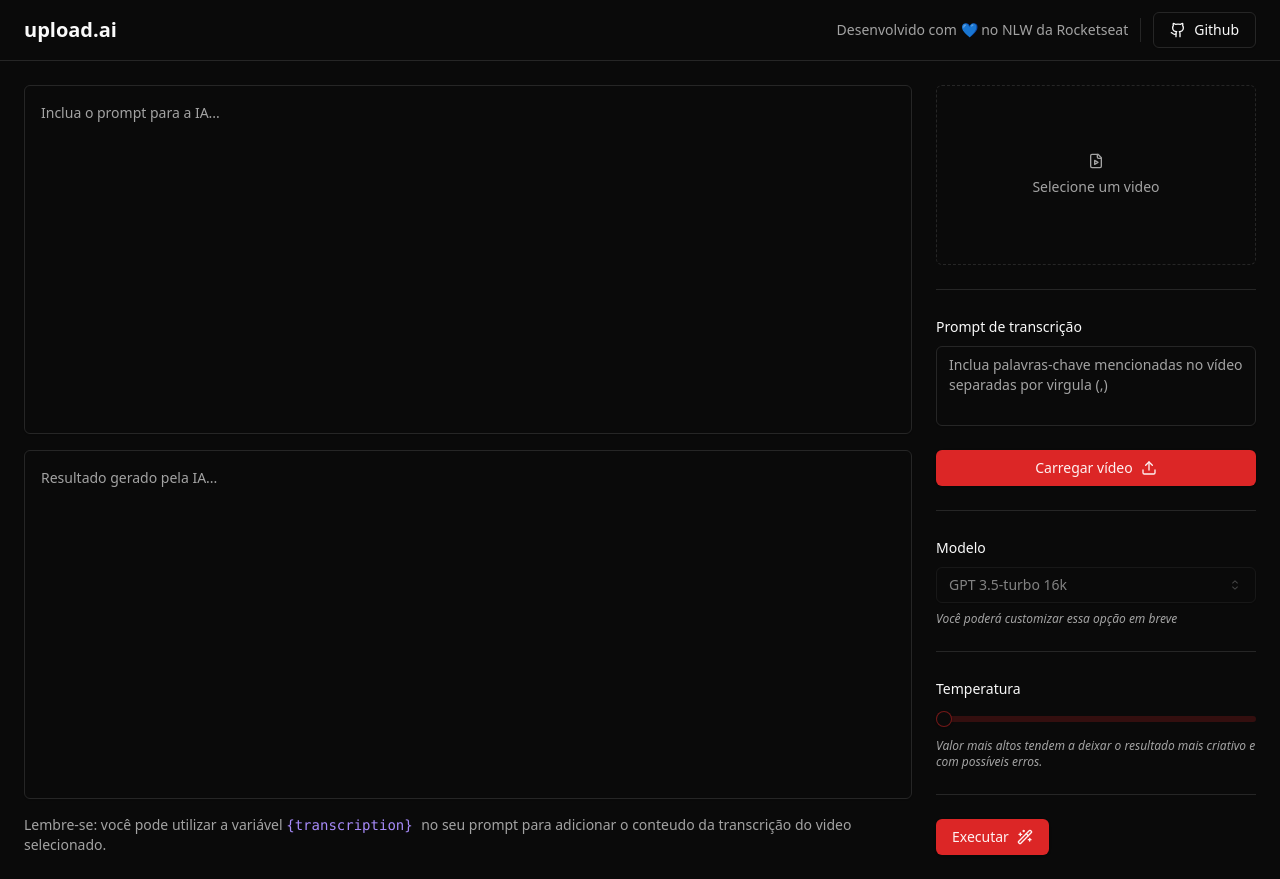
Repository: ricardolimati/upload-ai-web
Page: /
The author's editor kept a copy of each file at every save. The page is drawn from the files as they stood at one save, then again after the next save.
The browser window is 1280 px wide. The pictures show the whole page.
The project was rebuilt for these pictures with package versions that can differ from the ones it lists, and the page was loaded fresh each time. Also part of the build but not shown: vite.config.ts.

Above is the page before, as saved 2023-09-12 00:33:19.

### src/App.tsx
import {Github, FileVideo, Upload, Wand2} from 'lucide-react'
import { Button } from "./components/ui/button";
import { Separator } from './components/ui/separator';
import { Textarea } from './components/ui/textarea';
import { Label } from './components/ui/label';
import { Select, SelectContent, SelectItem, SelectTrigger, SelectValue } from './components/ui/select';
import { Slider } from './components/ui/slider';

export function App() {
  return(
   <div className="min-h-screen flex flex-col">
    <div className="px-6 py-3 flex items-center justify-between border-b">
      <h1 className="text-xl font-bold">upload.ai</h1>
      <div className="flex items-center gap-3">
        <span className="text-sm text-muted-foreground">
          Desenvolvido com 💙 no NLW da Rocketseat</span>
          <Separator orientation='vertical' className='h-6' />
        <Button variant="outline">
          <Github className="w-4 h-4 mr-2" />Github
        </Button>
      </div>
    </div>

    <main className="flex-1 p-6 flex gap-6">
      <div className="flex flex-col flex-1 gap-4">
        <div className="grid grid-rows-2 gap-4 flex-1">
          <Textarea
          className="resize-none p-4 leading-relaxed"
          placeholder="Inclua o prompt para a IA..."
          />
          <Textarea
          className="resize-none p-4 leading-relaxed"
          placeholder="Resultado gerado pela IA..."
          readOnly/>
        </div>

        <p className="text-sm text-muted-foreground">
          Lembre-se: você pode utilizar a variável <code className="text-violet-400">{'{transcription}'} </code>
           no seu prompt para adicionar o conteudo da transcrição
          do video selecionado.</p>
      </div>
      <aside className="w-80 space-y-6">
        <form className="space-y-6" >
          <label
          htmlFor="video"
          className="border flex rounded-md aspect-video cursor-pointer border-dashed text-sm flex-col gap-2 items-center justify-center text-muted-foreground hover:bg-primary/5"
          >
            <FileVideo className="w-4 h-4" />
            Selecione um video
          </label>
          <input type="file" id="video" accept="video/mp4" className="sr-only"/>
          <Separator />
          <div className="space-y-2">
            <Label htmlFor="transcription_prompt">Prompt de transcrição</Label>
            <Textarea
            id="transcription_prompt"
            className="h-20 leading-relaxe resize-none"
            placeholder="Inclua palavras-chave mencionadas no vídeo separadas por virgula (,)"
            />
          </div>
          <Button type="submit" className="w-full">
            Carregar vídeo
            <Upload
              className="w-4 h-4 ml-2"
            />
          </Button>
        </form>

        <Separator />

        <form className="space-y-6">
          <div className="space-y-2">
            <Label >Modelo</Label>
           <Select disabled defaultValue='gpt-3.5'>
              <SelectTrigger>
                <SelectValue />
              </SelectTrigger>
              <SelectContent>
              <SelectItem value="gpt-3.5">GPT 3.5-turbo 16k</SelectItem>
              </SelectContent>
            </Select>
            <span className="block text-xs text-muted-foreground italic">
              Você poderá customizar essa opção em breve
            </span>
          </div>

          <Separator/>
          <div className="space-y-4">
            <Label >Temperatura</Label>
            <Slider
             min={0}
             max={1}
             step={0.1}
            />
            <span className="block text-xs text-muted-foreground italic">
              Valor mais altos tendem a deixar o resultado mais criativo e com possíveis erros.
            </span>
          </div>

          <Separator />

          <Button type="submit">
            Executar
            <Wand2  className="w-4 h-4 ml-2"/>
          </Button>

        </form>
      </aside>
    </main>
   </div>
  )
}

### src/index.css
@tailwind base;
@tailwind components;
@tailwind utilities;

@layer base {
  :root {
    --background: 0 0% 3.9%;
    --foreground: 0 0% 98%;
    --card: 0 0% 3.9%;
    --card-foreground: 0 0% 98%;
    --popover: 0 0% 3.9%;
    --popover-foreground: 0 0% 98%;
    --primary: 0 72.2% 50.6%;
    --primary-foreground: 0 85.7% 97.3%;
    --secondary: 0 0% 14.9%;
    --secondary-foreground: 0 0% 98%;
    --muted: 0 0% 14.9%;
    --muted-foreground: 0 0% 63.9%;
    --accent: 0 0% 14.9%;
    --accent-foreground: 0 0% 98%;
    --destructive: 0 62.8% 30.6%;
    --destructive-foreground: 0 0% 98%;
    --border: 0 0% 14.9%;
    --input: 0 0% 14.9%;
    --ring: 0 72.2% 50.6%;

    --radius: 0.5rem;
  }
}

@layer base {
  * {
    @apply border-border;
  }
  body {
    @apply bg-background text-foreground;
  }
}

### src/components/ui/button.tsx
import * as React from "react"
import { Slot } from "@radix-ui/react-slot"
import { cva, type VariantProps } from "class-variance-authority"

import { cn } from "@/lib/utils"

const buttonVariants = cva(
  "inline-flex items-center justify-center rounded-md text-sm font-medium transition-colors focus-visible:outline-none focus-visible:ring-1 focus-visible:ring-ring disabled:pointer-events-none disabled:opacity-50",
  {
    variants: {
      variant: {
        default:
          "bg-primary text-primary-foreground shadow hover:bg-primary/90",
        destructive:
          "bg-destructive text-destructive-foreground shadow-sm hover:bg-destructive/90",
        outline:
          "border border-input bg-transparent shadow-sm hover:bg-accent hover:text-accent-foreground",
        secondary:
          "bg-secondary text-secondary-foreground shadow-sm hover:bg-secondary/80",
        ghost: "hover:bg-accent hover:text-accent-foreground",
        link: "text-primary underline-offset-4 hover:underline",
      },
      size: {
        default: "h-9 px-4 py-2",
        sm: "h-8 rounded-md px-3 text-xs",
        lg: "h-10 rounded-md px-8",
        icon: "h-9 w-9",
      },
    },
    defaultVariants: {
      variant: "default",
      size: "default",
    },
  }
)

export interface ButtonProps
  extends React.ButtonHTMLAttributes<HTMLButtonElement>,
    VariantProps<typeof buttonVariants> {
  asChild?: boolean
}

const Button = React.forwardRef<HTMLButtonElement, ButtonProps>(
  ({ className, variant, size, asChild = false, ...props }, ref) => {
    const Comp = asChild ? Slot : "button"
    return (
      <Comp
        className={cn(buttonVariants({ variant, size, className }))}
        ref={ref}
        {...props}
      />
    )
  }
)
Button.displayName = "Button"

export { Button, buttonVariants }

### src/components/ui/separator.tsx
import * as React from "react"
import * as SeparatorPrimitive from "@radix-ui/react-separator"

import { cn } from "@/lib/utils"

const Separator = React.forwardRef<
  React.ElementRef<typeof SeparatorPrimitive.Root>,
  React.ComponentPropsWithoutRef<typeof SeparatorPrimitive.Root>
>(
  (
    { className, orientation = "horizontal", decorative = true, ...props },
    ref
  ) => (
    <SeparatorPrimitive.Root
      ref={ref}
      decorative={decorative}
      orientation={orientation}
      className={cn(
        "shrink-0 bg-border",
        orientation === "horizontal" ? "h-[1px] w-full" : "h-full w-[1px]",
        className
      )}
      {...props}
    />
  )
)
Separator.displayName = SeparatorPrimitive.Root.displayName

export { Separator }

### src/components/ui/textarea.tsx
import * as React from "react"

import { cn } from "@/lib/utils"

export interface TextareaProps
  extends React.TextareaHTMLAttributes<HTMLTextAreaElement> {}

const Textarea = React.forwardRef<HTMLTextAreaElement, TextareaProps>(
  ({ className, ...props }, ref) => {
    return (
      <textarea
        className={cn(
          "flex min-h-[60px] w-full rounded-md border border-input bg-transparent px-3 py-2 text-sm shadow-sm placeholder:text-muted-foreground focus-visible:outline-none focus-visible:ring-1 focus-visible:ring-ring disabled:cursor-not-allowed disabled:opacity-50",
          className
        )}
        ref={ref}
        {...props}
      />
    )
  }
)
Textarea.displayName = "Textarea"

export { Textarea }

### src/components/ui/label.tsx
import * as React from "react"
import * as LabelPrimitive from "@radix-ui/react-label"
import { cva, type VariantProps } from "class-variance-authority"

import { cn } from "@/lib/utils"

const labelVariants = cva(
  "text-sm font-medium leading-none peer-disabled:cursor-not-allowed peer-disabled:opacity-70"
)

const Label = React.forwardRef<
  React.ElementRef<typeof LabelPrimitive.Root>,
  React.ComponentPropsWithoutRef<typeof LabelPrimitive.Root> &
    VariantProps<typeof labelVariants>
>(({ className, ...props }, ref) => (
  <LabelPrimitive.Root
    ref={ref}
    className={cn(labelVariants(), className)}
    {...props}
  />
))
Label.displayName = LabelPrimitive.Root.displayName

export { Label }

### src/components/ui/select.tsx
import * as React from "react"
import { CaretSortIcon, CheckIcon } from "@radix-ui/react-icons"
import * as SelectPrimitive from "@radix-ui/react-select"

import { cn } from "@/lib/utils"

const Select = SelectPrimitive.Root

const SelectGroup = SelectPrimitive.Group

const SelectValue = SelectPrimitive.Value

const SelectTrigger = React.forwardRef<
  React.ElementRef<typeof SelectPrimitive.Trigger>,
  React.ComponentPropsWithoutRef<typeof SelectPrimitive.Trigger>
>(({ className, children, ...props }, ref) => (
  <SelectPrimitive.Trigger
    ref={ref}
    className={cn(
      "flex h-9 w-full items-center justify-between rounded-md border border-input bg-transparent px-3 py-2 text-sm shadow-sm ring-offset-background placeholder:text-muted-foreground focus:outline-none focus:ring-1 focus:ring-ring disabled:cursor-not-allowed disabled:opacity-50",
      className
    )}
    {...props}
  >
    {children}
    <SelectPrimitive.Icon asChild>
      <CaretSortIcon className="h-4 w-4 opacity-50" />
    </SelectPrimitive.Icon>
  </SelectPrimitive.Trigger>
))
SelectTrigger.displayName = SelectPrimitive.Trigger.displayName

const SelectContent = React.forwardRef<
  React.ElementRef<typeof SelectPrimitive.Content>,
  React.ComponentPropsWithoutRef<typeof SelectPrimitive.Content>
>(({ className, children, position = "popper", ...props }, ref) => (
  <SelectPrimitive.Portal>
    <SelectPrimitive.Content
      ref={ref}
      className={cn(
        "relative z-50 min-w-[8rem] overflow-hidden rounded-md border bg-popover text-popover-foreground shadow-md data-[state=open]:animate-in data-[state=closed]:animate-out data-[state=closed]:fade-out-0 data-[state=open]:fade-in-0 data-[state=closed]:zoom-out-95 data-[state=open]:zoom-in-95 data-[side=bottom]:slide-in-from-top-2 data-[side=left]:slide-in-from-right-2 data-[side=right]:slide-in-from-left-2 data-[side=top]:slide-in-from-bottom-2",
        position === "popper" &&
          "data-[side=bottom]:translate-y-1 data-[side=left]:-translate-x-1 data-[side=right]:translate-x-1 data-[side=top]:-translate-y-1",
        className
      )}
      position={position}
      {...props}
    >
      <SelectPrimitive.Viewport
        className={cn(
          "p-1",
          position === "popper" &&
            "h-[var(--radix-select-trigger-height)] w-full min-w-[var(--radix-select-trigger-width)]"
        )}
      >
        {children}
      </SelectPrimitive.Viewport>
    </SelectPrimitive.Content>
  </SelectPrimitive.Portal>
))
SelectContent.displayName = SelectPrimitive.Content.displayName

const SelectLabel = React.forwardRef<
  React.ElementRef<typeof SelectPrimitive.Label>,
  React.ComponentPropsWithoutRef<typeof SelectPrimitive.Label>
>(({ className, ...props }, ref) => (
  <SelectPrimitive.Label
    ref={ref}
    className={cn("px-2 py-1.5 text-sm font-semibold", className)}
    {...props}
  />
))
SelectLabel.displayName = SelectPrimitive.Label.displayName

const SelectItem = React.forwardRef<
  React.ElementRef<typeof SelectPrimitive.Item>,
  React.ComponentPropsWithoutRef<typeof SelectPrimitive.Item>
>(({ className, children, ...props }, ref) => (
  <SelectPrimitive.Item
    ref={ref}
    className={cn(
      "relative flex w-full cursor-default select-none items-center rounded-sm py-1.5 pl-2 pr-8 text-sm outline-none focus:bg-accent focus:text-accent-foreground data-[disabled]:pointer-events-none data-[disabled]:opacity-50",
      className
    )}
    {...props}
  >
    <span className="absolute right-2 flex h-3.5 w-3.5 items-center justify-center">
      <SelectPrimitive.ItemIndicator>
        <CheckIcon className="h-4 w-4" />
      </SelectPrimitive.ItemIndicator>
    </span>
    <SelectPrimitive.ItemText>{children}</SelectPrimitive.ItemText>
  </SelectPrimitive.Item>
))
SelectItem.displayName = SelectPrimitive.Item.displayName

const SelectSeparator = React.forwardRef<
  React.ElementRef<typeof SelectPrimitive.Separator>,
  React.ComponentPropsWithoutRef<typeof SelectPrimitive.Separator>
>(({ className, ...props }, ref) => (
  <SelectPrimitive.Separator
    ref={ref}
    className={cn("-mx-1 my-1 h-px bg-muted", className)}
    {...props}
  />
))
SelectSeparator.displayName = SelectPrimitive.Separator.displayName

export {
  Select,
  SelectGroup,
  SelectValue,
  SelectTrigger,
  SelectContent,
  SelectLabel,
  SelectItem,
  SelectSeparator,
}

### src/components/ui/slider.tsx
import * as React from "react"
import * as SliderPrimitive from "@radix-ui/react-slider"

import { cn } from "@/lib/utils"

const Slider = React.forwardRef<
  React.ElementRef<typeof SliderPrimitive.Root>,
  React.ComponentPropsWithoutRef<typeof SliderPrimitive.Root>
>(({ className, ...props }, ref) => (
  <SliderPrimitive.Root
    ref={ref}
    className={cn(
      "relative flex w-full touch-none select-none items-center",
      className
    )}
    {...props}
  >
    <SliderPrimitive.Track className="relative h-1.5 w-full grow overflow-hidden rounded-full bg-primary/20">
      <SliderPrimitive.Range className="absolute h-full bg-primary" />
    </SliderPrimitive.Track>
    <SliderPrimitive.Thumb className="block h-4 w-4 rounded-full border border-primary/50 bg-background shadow transition-colors focus-visible:outline-none focus-visible:ring-1 focus-visible:ring-ring disabled:pointer-events-none disabled:opacity-50" />
  </SliderPrimitive.Root>
))
Slider.displayName = SliderPrimitive.Root.displayName

export { Slider }

Loaded but not shown: index.html (common file); src/main.tsx (common file); src/lib/utils.ts (common file); tailwind.config.js (common file)

After the next save:
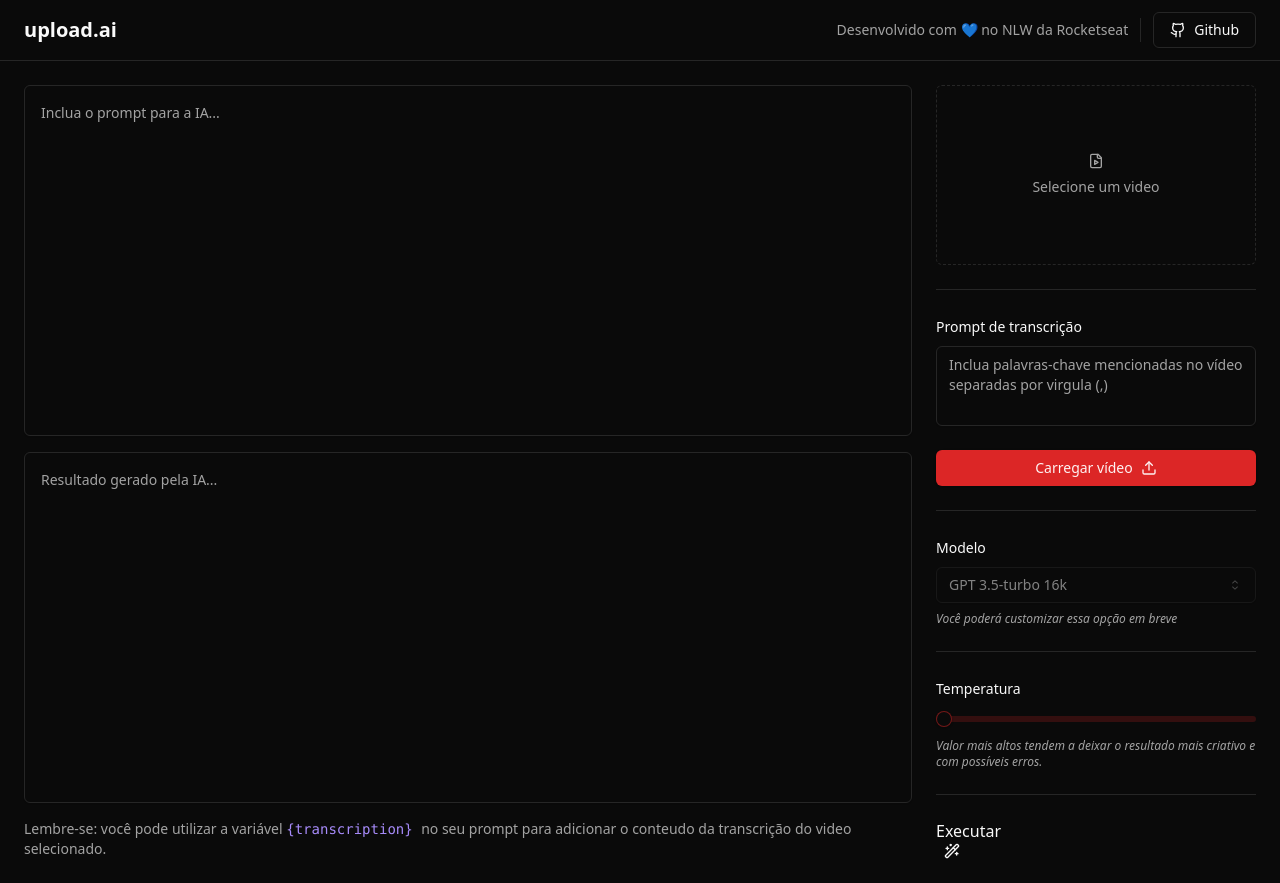
Saved 11 s later.
--- a/src/App.tsx
+++ b/src/App.tsx
@@ -99,7 +99,7 @@
 
           <Separator />
 
-          <Button type="submit">
+          <Button type="submit" class>
             Executar
             <Wand2  className="w-4 h-4 ml-2"/>
           </Button>

After the save that followed:
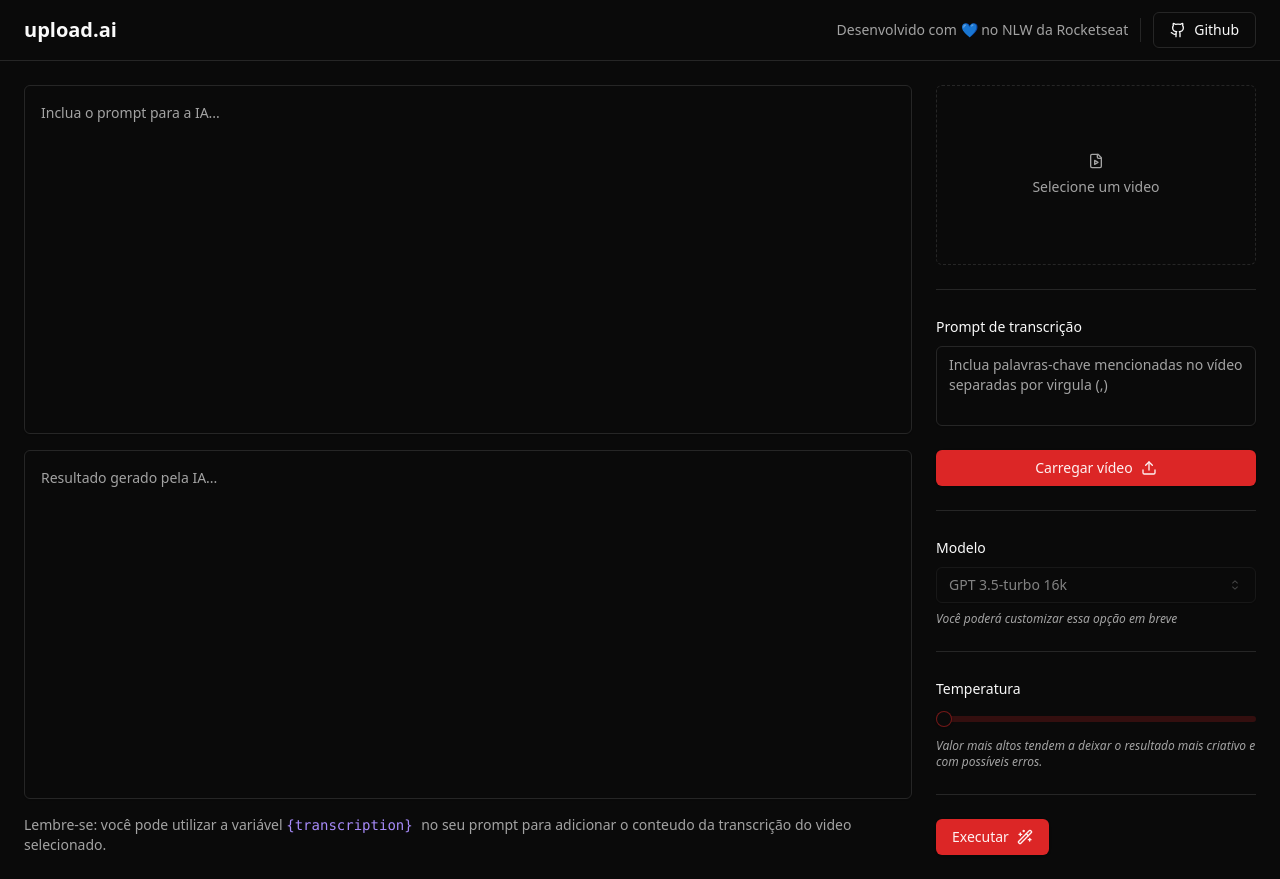
Saved 4 s later.
--- a/src/App.tsx
+++ b/src/App.tsx
@@ -99,7 +99,7 @@
 
           <Separator />
 
-          <Button type="submit" class>
+          <Button type="submit" className="">
             Executar
             <Wand2  className="w-4 h-4 ml-2"/>
           </Button>
